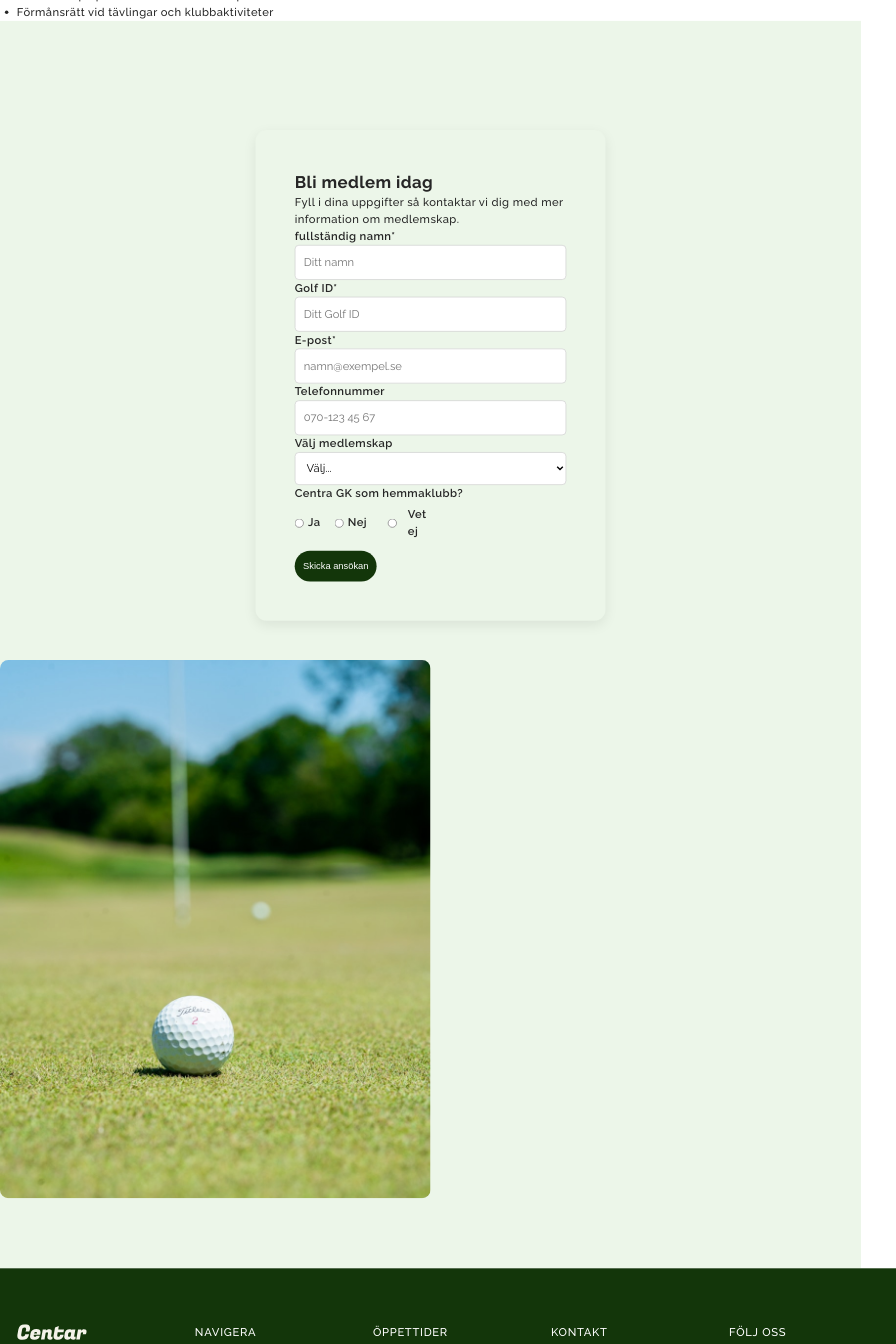
Repository: Tamana831/GolfklubbCentar
Page: Medlem.html
An editor plug-in stored every save of this project. The page is shown before and after the next save, followed by the edit.
The browser window is 1280 px wide. The pictures show the part of the page from y = 1857 to 3777 px (the page is 4049 px tall before and 4664 px after), at 70% of full size.

Above is the page before, as saved 2025-10-24 00:07:56.

### Medlem.html
<!DOCTYPE html>
<html lang="sv">
  <head>
    <meta charset="UTF-8" />
    <meta name="viewport" content="width=device-width, initial-scale=1.0" />
    <title>Design element</title>
    <!-- variables.css och base.css måste ligga överst då vi vill att den ska läsas in först -->
    <link rel="stylesheet" href="styles/variables.css" />
    <link rel="stylesheet" href="styles/base.css" />
    <link rel="stylesheet" href="styles/medlem.css" />
  </head>
  <body>
    <!-- Sätter färg hela vägen ut -->
    <header class="bg-green-mid">
      <!-- Nedan div för att sätta maxbredd på sidan -->
      <nav class="container main-nav-wrapper">
        <a href="#"
          ><img
            src="images/centar_logotype_primary_dark.svg"
            alt="Centar logotype"
            class="logotype"
        /></a>
        <input type="checkbox" id="menu-toggle" />
        <label for="menu-toggle" class="menu-button-container">
          <span class="menu-button"></span>
          <!--inline-->
        </label>
        <div class="menu-wrapper">
            <ul>
            <li><a href="spelagolf.html">Spela Golf</a></li>
            <li><a href="medlem.html">Medlem</a></li>
            <li><a href="klubben.html">Klubben</a></li>
            <li><a href="tavling.html">Tävlingar</a></li>
            <li><a href="foretag.html">Företag</a></li>
            <li><a href="restaurang.html">Restaurang</a></li>
            <li><a href="golfshop.html">Golfshop</a></li>
            <li><a href="kontakt.html">Kontakt</a></li>
          </ul>
          <a href="#" class="button btn-primary-outline">Logga in</a>
        </div>
      </nav>
    </header>

  <!-- RUBRIK -->
    <section class="container">
      <div class="page-header">
        <h1 class="page-title">Medlemskap på Centar Golfklubb</h1>
      </div>
    </section>

    <!-- MEDLEMSKORT -->

    <section class="memberships">
    <p class="subtitle">Bli medlem — flera olika medlemskap och förmåner för 2025</p>
      <div class="container">
        <div class="cards-grid cards-grid-top">
          <article class="card">
            <h3>Guld</h3>
            <p class="card-text">Allt inklusive — obegränsad spelrätt, tillgång till träning och events.</p>
            <div class="price">7 900 kr</div>

          </article>

          <article class="card">
            <h3>Silver</h3>
            <p class="card-text">Flexibelt medlemskap med rabatter och viss spelrätt under lågsäsong.</p>
            <div class="price">7 500 kr</div>
          </article>

          <article class="card">
            <h3>Senior</h3>
            <p class="card-text">Särskilda villkor för seniorer — rabatter och sociala aktiviteter.</p>
            <div class="price">7 200 kr</div>
          </article>
        </div>

        <div class="cards-grid cards-grid-bottom">
          <article class="card small">
            <h4>Knatte</h4>
            <p class="card-text">För de yngsta — introduktion och lekfull träning.</p>
            <div class="price">790 kr</div>
          </article>

          <article class="card small">
            <h4>Junior</h4>
            <p class="card-text">Juniorträning, tävlingar och utvecklingsprogram.</p>
            <div class="price">750 kr</div>
          </article>

          <article class="card small">
            <h4>Student</h4>
            <p class="card-text">Studentrabatt och anpassade tider för träning.</p>
            <div class="price">750 kr</div>
          </article>

          <article class="card small">
            <h4>Senior</h4>
            <p class="card-text">Extra förmåner för äldre medlemmar.</p>
            <div class="price">2 200 kr</div>
          </article>
        </div>

        <div class="center-cta">
          <a class="btn-outline" href="#">Se medlemsvillkor och priser för alla medlemskap</a>
        </div>
      </div>
    </section>
    <!-- Image + benefits -->
    <section class="benefits">
      <div class="container benefits-inner">
        <div class="image-wrap">
          <!-- ersätt sökvägen med din bild -->
          <img src="assets/golf.jpg" alt="Golf green with ball">
        </div>

        <div class="benefits-text">
          <h2>Som medlem i Centar GK får du</h2>
          <ul>
            <li>Fri Rangekort i klubben (enligt medlemsvillkor)</li>
            <li>Vår årliga klubbträff och medlemsrabatter</li>
            <li>10% rabatt på privatlektioner med våra pro</li>
            <li>Förmånsrätt vid tävlingar och klubbaktiviteter</li>
          </ul>
        </div>
      </div>
    </section>
  </main>
   <!-- Medlemsansökan höger sidan -->
<section class="membership-apply">
  <div class="apply-box">
    <h2>Bli medlem idag</h2>
    <p>Fyll i dina uppgifter så kontaktar vi dig med mer information om medlemskap.</p>
    <form class="apply-form">
      <label for="name">fullständig namn*</label>
      <input type="text" id="name" placeholder="Ditt namn" required>
      <label for="golf-id">Golf ID*</label>
      <input type="text" id="golf-id" placeholder="Ditt Golf ID" required>

      <label for="email">E-post*</label>
      <input type="email" id="email" placeholder="namn@exempel.se" required>

      <label for="phone">Telefonnummer</label>
      <input type="tel" id="phone" placeholder="070-123 45 67">
      <label for="membership">Välj medlemskap</label>
   <select id="membership" class="form-input">
     <option value="">Välj...</option>
    <option value="guld">Guld</option>
    <option value="silver">Silver</option>
    <option value="senior">Senior</option>
    <option value="junior">Junior</option>
    <option value="student">Student</option>
  </select>
      <label>Centra GK som hemmaklubb?</label>
   <div class="radio-group">
     <label><input type="radio" name="homeclub" value="ja"> Ja</label>
     <label><input type="radio" name="homeclub" value="nej"> Nej</label>
     <label><input type="radio" name="homeclub" value="vetinte"> Vet ej</label>
  </div>
  <button type="submit">Skicka ansökan</button>
  </form>
  </div>
  <!-- vänster sidan med bild -->
  <div class="image-wrap">
    <img src="images/golf.jpg" alt="Golf boll">
  </div>
</section>
<!-- FOOTER -->
    <footer class="bg-green-dark">
      <div class="container text-white footer-wrapper">
        <nav class="foot-nav-wrapper body-sm">
          <div class="foot-nav-item foot-logo-wrapper">
            <a href="#"
              ><img
                src="/images/centar_logo_wordmark_neg.svg"
                alt="Centar logotype negative"
                class="logo-wordmark"
            /></a>
          </div>
          <section class="foot-nav-item">
            <h5 class="overline">Navigera</h5>
            <ul>
              <li><a href="#">Om klubben</a></li>
              <li><a href="#">Banan</a></li>
              <li><a href="#">Företag & Partners</a></li>
              <li><a href="#">Träna Golf</a></li>
              <li><a href="#">Gäst</a></li>
            </ul>
          </section>
          <section class="foot-nav-item">
            <h5 class="overline">Öppettider</h5>
            <p>Måndag – Lördag: 7.30-17.00</p>
            <p>Söndag: 7.30–16.00</p>
          </section>
          <section class="foot-nav-item">
            <h5 class="overline">Kontakt</h5>
            <a href="mailto:centar@info.se">info@centargolfklubb.se</a>
            <a href="tel:+123456789">012-345 678</a>
            <address>Bergkvarn<br />700 88 Örebro</address>
          </section>
          <section class="foot-nav-item">
            <h5 class="overline">Följ oss</h5>
            <ul>
              <li><a href="#">Instagram</a></li>
              <li><a href="#">Facebook</a></li>
              <li><a href="#">LinkedIn</a></li>
            </ul>
          </section>
        </nav>
        <div class="byline-wrapper text-center">
          <p>
            &copy; 2025 | Designad och utvecklad av Emma Golander, Josefin
            Holgersson, Tim Hugdahl, Tamana Mohammadi  | webd25jon TUC | HTML
            och CSS med agila utvecklingsmetoder
          </p>
        </div>
      </div>
    </footer>
  </body>
</html>

### styles/variables.css
/* Variabler. I och med att vi lägger det i root så går de att nå i alla css-filer.*/
:root {
  /* FÄRGER */
  --color-green-dark: #13360a;
  --color-green-mid: #b3d6aa;
  --color-green-light: #ecf6e9;
  --color-green-accent: #14bf71;

  --color-blue-mid: #c8e0e8;
  --color-blue-light: #e4f0f4;
  --color-beige-light: #f4f3e9;

  --color-text-black: #262626;
  --color-text-grey: #3d3d3d;
  --color-text-white: #ffffff;

  /* SPACING */
  --space-xxs: 0.5rem; /* 8px, minsta avstånd, typ ikoner, små knappar*/
  --space-xs: 1rem; /* 16px, litet avstånd, tex mellan text och knapp  */
  --space-sm: 1.5rem; /* 24px, lite större, ofta mellan rubrik och text */
  --space-md: 2.5rem; /* 40px, ännu lite större, ofta mellan större rubrik och text */
  --space-lg: 3.5rem; /* 56px */
  --space-xl: 5rem; /* 80px, större block, typ mellan sektioner*/
  --space-xxl: 7.5rem; /* 120px, stort avstånd mellan sektioner */
}

### styles/Medlem.css
/* ---- Sektion Bakgrund + Centrering ---- */
.memberships {
  background: var(--color-blue-light);
  padding: 4rem 0;
}

.page-header,
.subtitle {
  text-align: center;
  text-wrap: none;
  margin-bottom: 3rem;
}

.subtitle {
  font-size: 1.1rem;
  color: var(--color-green-dark);
}

/* ---- GRID ---- */
.cards-grid {
  display: grid;
  gap: 2rem;
  margin-bottom: 3rem;
}

.cards-grid-top {
  grid-template-columns: repeat(3, 1fr);
}

.cards-grid-bottom {
  grid-template-columns: repeat(4, 1fr);
}

@media (max-width: 900px) {
  .cards-grid-top { grid-template-columns: 1fr; }
  .cards-grid-bottom { grid-template-columns: 1fr; }
}

/* ---- CARD DESIGN ---- */
.card {
  background: #fff;
  padding: 2rem;
  border-radius: 14px;
  box-shadow: 0 6px 18px rgba(0,0,0,0.06);
  text-align: center;
}

.card h3,
.card h4 {
  margin-bottom: .5rem;
}

.card-text {
  font-size: .95rem;
  margin-bottom: 1.5rem;
  color: #444;
}

.price {
  font-weight: 700;
  font-size: 1.4rem;
  color: var(--color-green-dark);
}

/* ---- CTA KNAPP ---- */
.center-cta {
  text-align: center;
}

.center-cta .btn-outline {
  display: inline-block;
  padding: .8rem 2rem;
  border: 2px solid var(--color-green-dark);
  border-radius: 999px;
  text-decoration: none;
  font-weight: 600;
  color: var(--color-green-dark);
}
.center-cta .btn-outline:hover {
  background: var(--color-green-dark);
  color: white;
}
/* ---- ANSÖKAN FORMULÄR ---- */
.membership-apply {
  background:  #ECF6E9;
  padding: 100px 0;
  margin-right: 50px;
}

.apply-box {
  max-width: 600px;
  margin: 70 auto;
  background: #fff;
  padding: 40px;
  border-radius: 14px;
  box-shadow: 0 6px 18px rgba(0,0,0,0.08);
}

.apply-form label {
  font-weight: 600;
}
.form-group {
  display: flex;
  flex-direction: column;
  margin-bottom: 18px;
}

.form-input {
  padding: 12px 14px;
  border-radius: 8px;
  border: 1px solid #ccc;
  background: #fff;
  font-size: 16px;
}

.apply-form input,
.apply-form select {
  width: 100%;
  padding: 12px;
  border: 1px solid #d0d0d0;
  border-radius: 6px;
  font-size: 1rem;
  background-color: #fff;
  font-family: inherit;
}

.apply-form select {
  cursor: pointer;
}
.apply-box {
  background-color: var(--color-green-light);
  border-radius: 16px;
  padding: var(--space-lg);
  max-width: 500px;
  margin: var(--space-lg) auto;
}

.apply-grid {
  display: grid;
  grid-template-columns: 1fr 1fr;
  gap: var(--space-lg);
  align-items: center;
}
.apply-image-side img {
  width: 30px;
  border-radius: 14px;
  display: block;
}

.radio-group {
  display: flex;
  gap: 20px;
  padding: 6px 0;
}

.radio-group label {
  display: flex;
  align-items: center;
  gap: 6px;
}

.apply-form button {
  margin-top: 10px;
  background: var(--color-green-dark);
  color: white;
  padding: 12px;
  border: none;
  border-radius: 999px;
  cursor: pointer;
}
.apply-form button:hover {
  background: var(--color-green-accent);
}
@media (max-width: 768px) {
  .apply-grid {
    grid-template-columns: 1fr;
  }
  .apply-image-side {
    order: -1; /* Bild överst i mobil (kan tas bort om du inte vill) */
  }
}
.image-wrap img {
  width: 50%;
  height: 50%;
  aspect-ratio: 4 / 5;
  object-fit: cover;
  border-radius: 12px;
  display: block;
}

Loaded but not shown: styles/base.css (424 lines, source omitted)

After the next save:
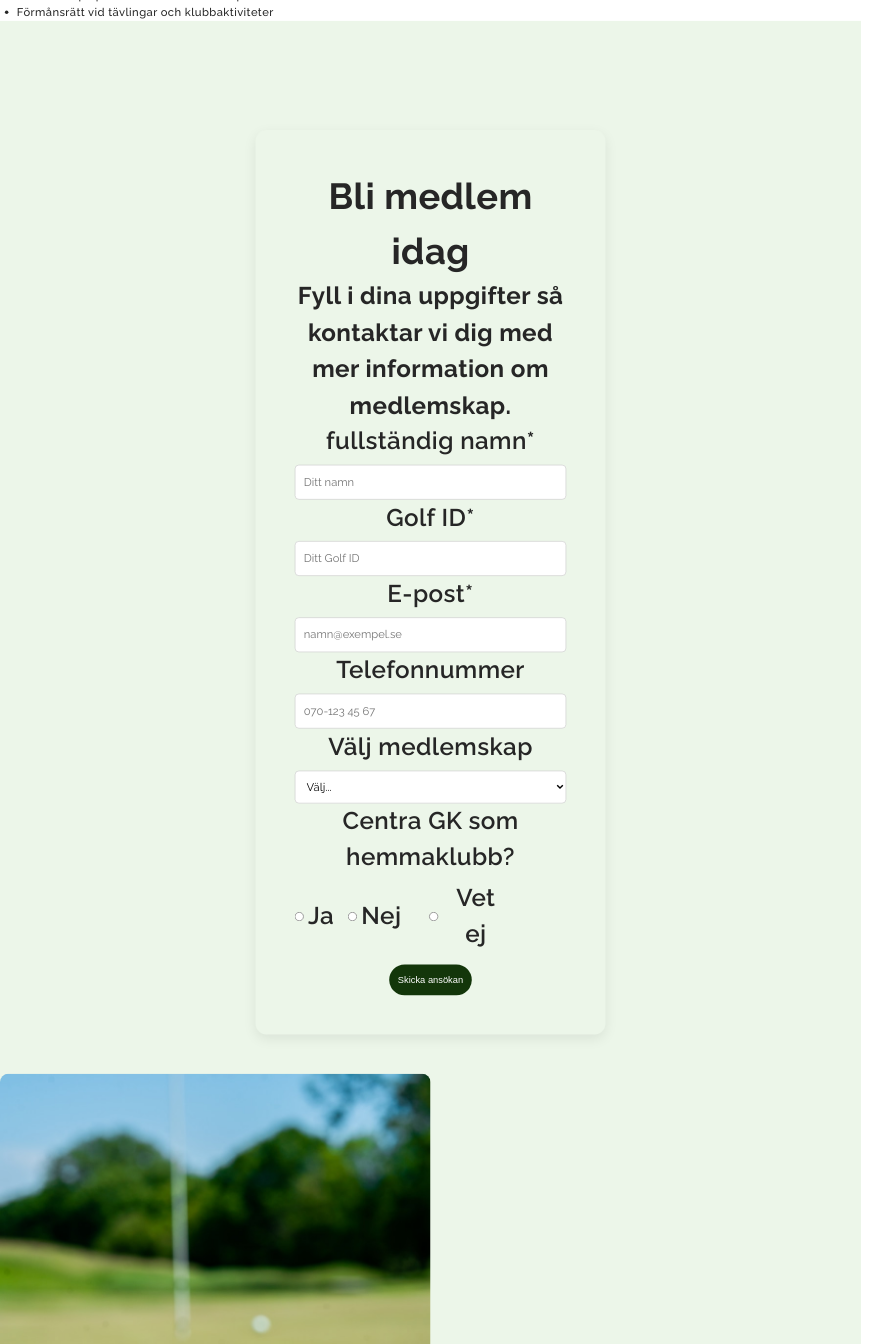
Saved 49 s later.
--- a/styles/Medlem.css
+++ b/styles/Medlem.css
@@ -85,8 +85,13 @@
   background:  #ECF6E9;
   padding: 100px 0;
   margin-right: 50px;
+  grid-column: 1 / -1;
+  text-align: center;
+  margin-bottom: var(--space-sm);
+  color: var(--color-text-black);
+  font-size: clamp(1.75rem, 1.2rem + 1.2vw, 2.25rem);
+  font-weight: 700;
 }
-
 .apply-box {
   max-width: 600px;
   margin: 70 auto;

After the save that followed:
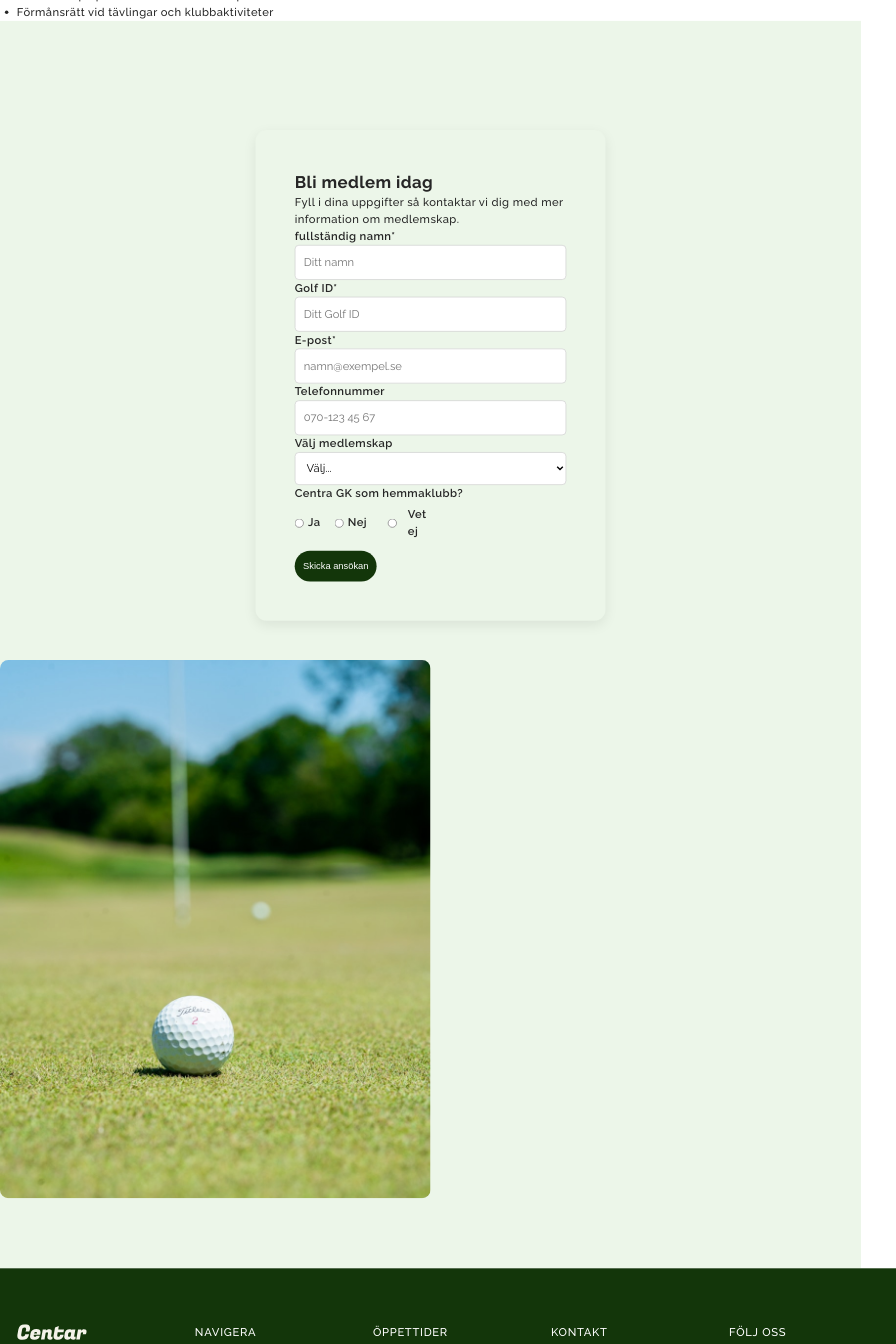
Saved 22 s later.
--- a/styles/Medlem.css
+++ b/styles/Medlem.css
@@ -86,11 +86,7 @@
   padding: 100px 0;
   margin-right: 50px;
   grid-column: 1 / -1;
-  text-align: center;
-  margin-bottom: var(--space-sm);
-  color: var(--color-text-black);
-  font-size: clamp(1.75rem, 1.2rem + 1.2vw, 2.25rem);
-  font-weight: 700;
+
 }
 .apply-box {
   max-width: 600px;
